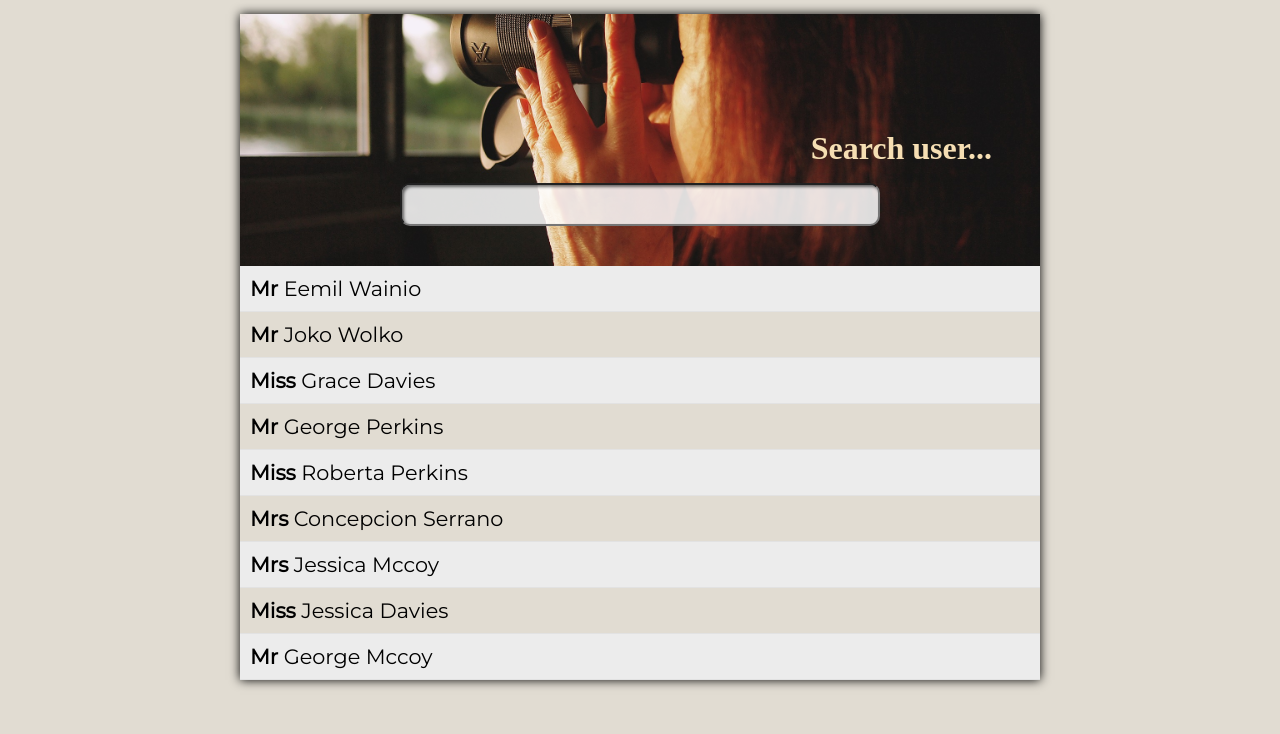
Repository: KrzysKolo/sr_tydzien5_zad4
Page: /
An editor plug-in stored every save of this project. The page is shown before and after the next save, followed by the edit.
The browser window is 1280 px wide. The pictures show the whole page.
The project was rebuilt for these pictures with package versions that can differ from the ones it lists, and the page was loaded fresh each time.

Above is the page before, as saved 2021-01-03 06:03:58.

### public/index.html
<!DOCTYPE html>
<html lang="en">
  <head>
    <meta charset="utf-8" />
    <link rel="icon" href="%PUBLIC_URL%/favicon.ico" />
    <meta name="viewport" content="width=device-width, initial-scale=1" />
    <meta name="theme-color" content="#000000" />
    <meta
      name="description"
      content="Web site created using create-react-app"
    />
    <link rel="apple-touch-icon" href="%PUBLIC_URL%/logo192.png" />
    <!--
      manifest.json provides metadata used when your web app is installed on a
      user's mobile device or desktop. See https://developers.google.com/web/fundamentals/web-app-manifest/
    -->
    <link rel="manifest" href="%PUBLIC_URL%/manifest.json" />
    <!--
      Notice the use of %PUBLIC_URL% in the tags above.
      It will be replaced with the URL of the `public` folder during the build.
      Only files inside the `public` folder can be referenced from the HTML.

      Unlike "/favicon.ico" or "favicon.ico", "%PUBLIC_URL%/favicon.ico" will
      work correctly both with client-side routing and a non-root public URL.
      Learn how to configure a non-root public URL by running `npm run build`.
    -->
    <link rel="preconnect" href="https://fonts.gstatic.com">
<link href="https://fonts.googleapis.com/css2?family=Montserrat&display=swap" rel="stylesheet">
    <title>User search</title>
  </head>
  <body>
    <noscript>You need to enable JavaScript to run this app.</noscript>
    <div id="root"></div>
    <!--
      This HTML file is a template.
      If you open it directly in the browser, you will see an empty page.

      You can add webfonts, meta tags, or analytics to this file.
      The build step will place the bundled scripts into the <body> tag.

      To begin the development, run `npm start` or `yarn start`.
      To create a production bundle, use `npm run build` or `yarn build`.
    -->
  </body>
</html>

### src/App.js
import React from 'react';
import UsersContainer from './components/UsersContainer';
import Header from './components/Header';
import './App.css';


const App = () => {

  return (
    <section>
      <Header />
      <UsersContainer/>
    </section>
  )
}

export default App;

### src/components/UsersContainer.js
import React, { useState, useEffect } from 'react';


const UsersContainer = () => {

  const UsersAPI = '/users.json';

  const [ users, setUsers ] = useState([]);

  useEffect(() => {

    fetch(UsersAPI)
      .then(res => res.json())
      .then(data => {
        console.log(data.users);
        setUsers(data.users);
      })
    }, []);

    const user = users.map(user => (
      <li className="user" key={user.id}><b>{user.title}</b> {user.first} {user.last}</li>
    ))
    return (
        <ul>
					{user}
        </ul>
    )
}

export default UsersContainer;

### src/components/Header.js
import React from 'react';

const Header = () => {
    return (
        <div className="header__section">
            <h1 className="header__title">Search user...</h1>
            <div className="header__search-wrapper">
                <input className="header__search" type="text" />
            </div>
        </div>
    )
}

export default Header;

### src/App.css
* {
  box-sizing: border-box;
  padding: 0;
  margin: 0;
}
body {
  height: 100vh;
  width: 100vw;
  background-color: rgba(218, 212, 199, 0.8);
}
section {
  margin: 2vh auto;
  width: 70%;
  max-width: 800px;
  display: flex;
  flex-direction: column;
  box-shadow: 0 0 10px #000;
}
.header__section {
  height: 35vh;
  background-image: url("./images/girl.jpg");
  background-position: center;
  background-size: cover;
  display: flex;
  flex-direction: column;
  justify-content: flex-end;
}
.header__title {
  font-size: 2rem;
  margin: 0 3rem 1rem auto;
  color: wheat;
}
.header__search-wrapper {
  width: 100%;
  margin-bottom: 40px;
  display: flex;
  justify-content: center;
}
.header__search {
  padding: 8px 10px;
  width: 60%;
  border-radius: 10px;
  background-color: rgba(255, 255, 255, 0.85);
  box-shadow: inset 2px 2px 3px 0px rgba(0, 0, 0, 0.55);
  font-size: 20px;
}
.user {
  font-size: 1.3rem;
  font-family: "Montserrat", sans-serif;
  padding: 10px;
  list-style: none;
  border-bottom: 1px solid rgb(226, 226, 226);
}
.user:nth-child(odd) {
  background: #ececec;
}

### public/users.json
{
    "users": [
      {
        "id": 1,
        "title": "Mr",
        "first": "Eemil",
        "last": "Wainio"
       },
      {
        "id": 2,
        "title": "Mr",
        "first": "Joko",
        "last": "Wolko"
      },
      {
        "id": 3,
        "title": "Miss",
        "first": "Grace",
        "last": "Davies"
      },
      {
        "id": 4,
        "title": "Mr ",
        "first": "George ",
        "last": "Perkins"
      },
      {
        "id": 5,
        "title": "Miss",
        "first": "Roberta ",
        "last": "Perkins"
      },
      {
        "id": 6,
        "title": "Mrs ",
        "first": "Concepcion ",
        "last": "Serrano"
      },
      {
        "id": 7,
        "title": "Mrs ",
        "first": "Jessica ",
        "last": "Mccoy"
      },
      {
        "id": 8,
        "title": "Miss",
        "first": "Jessica",
        "last": "Davies"
      },
      {
        "id": 9,
        "title": "Mr",
        "first": "George",
        "last": "Mccoy"
      }
    ]
  }

Loaded but not shown: src/index.js (common file)

After the next save:
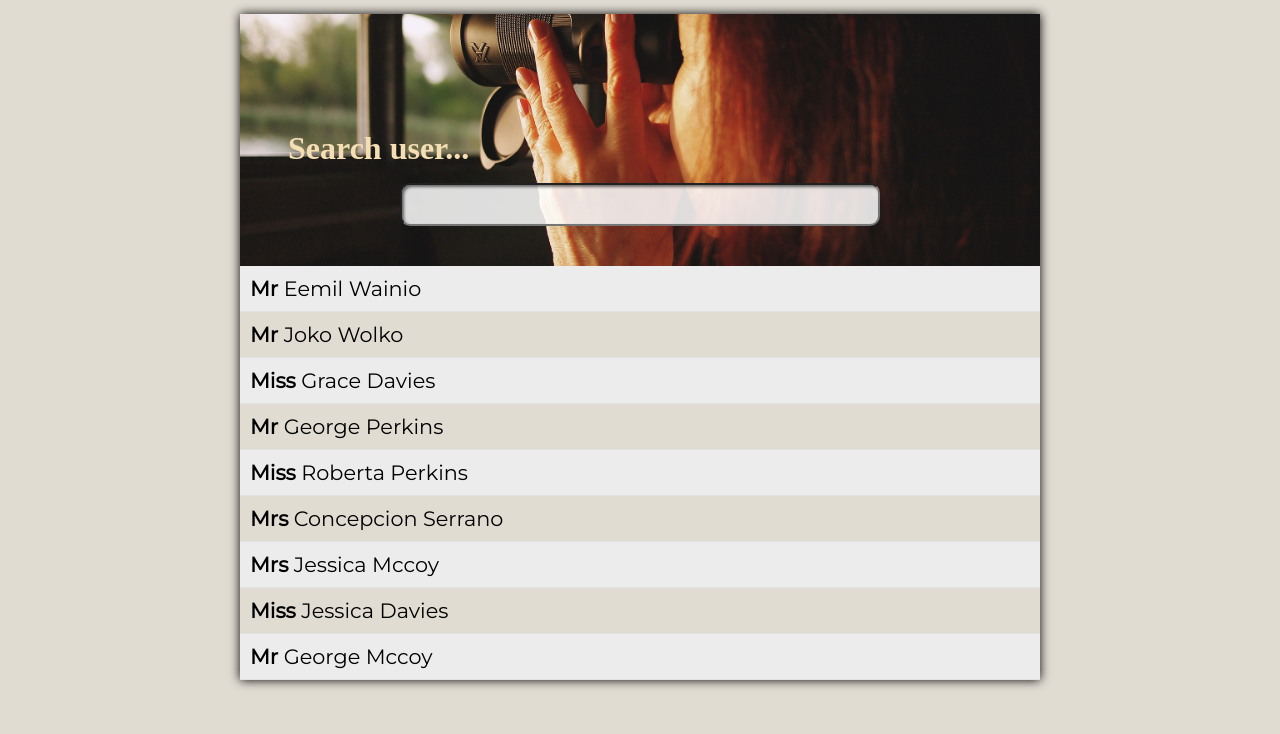
Saved 49 s later.
--- a/src/App.css
+++ b/src/App.css
@@ -27,7 +27,7 @@ section {
 }
 .header__title {
   font-size: 2rem;
-  margin: 0 3rem 1rem auto;
+  margin: 0 auto 1rem 3rem;
   color: wheat;
 }
 .header__search-wrapper {
